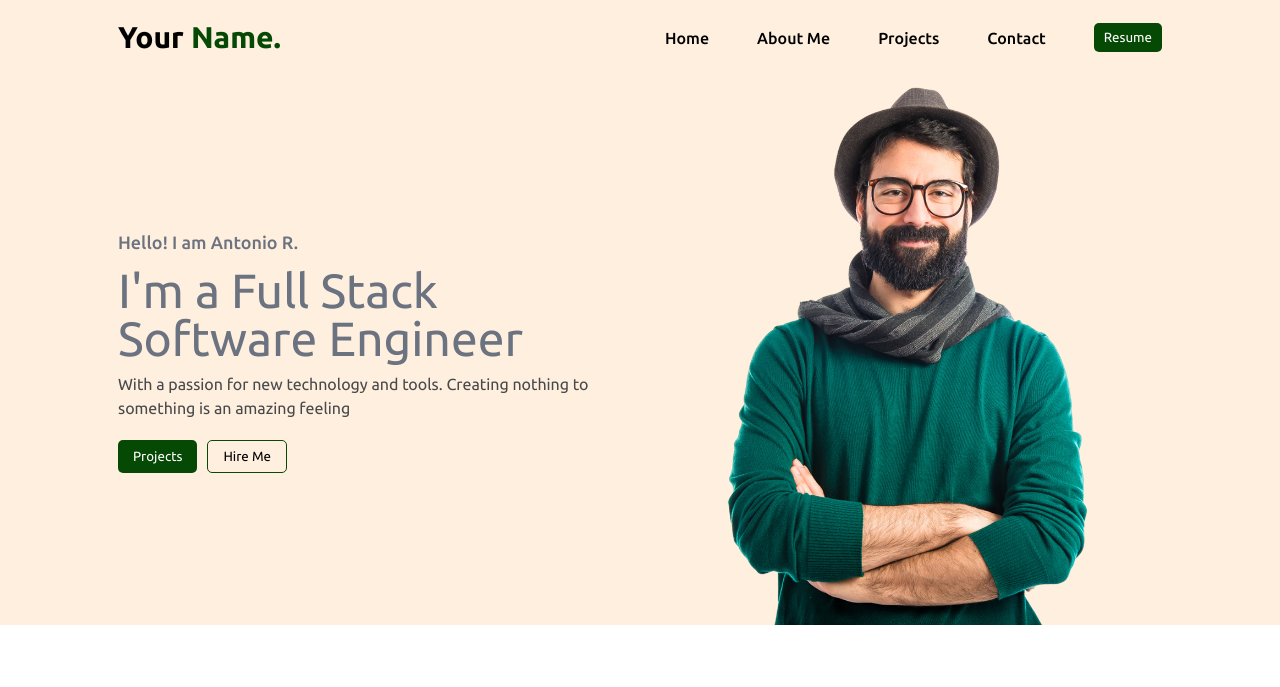
Repository: DevAntonioRogers/vanilla-portfolio
Page: index.html
An editor plug-in stored every save of this project. The page is shown before and after the next save, followed by the edit.
The browser window is 1280 px wide. The pictures show the whole page.

Above is the page before, as saved 2023-07-14 22:27:33.

After the next save:
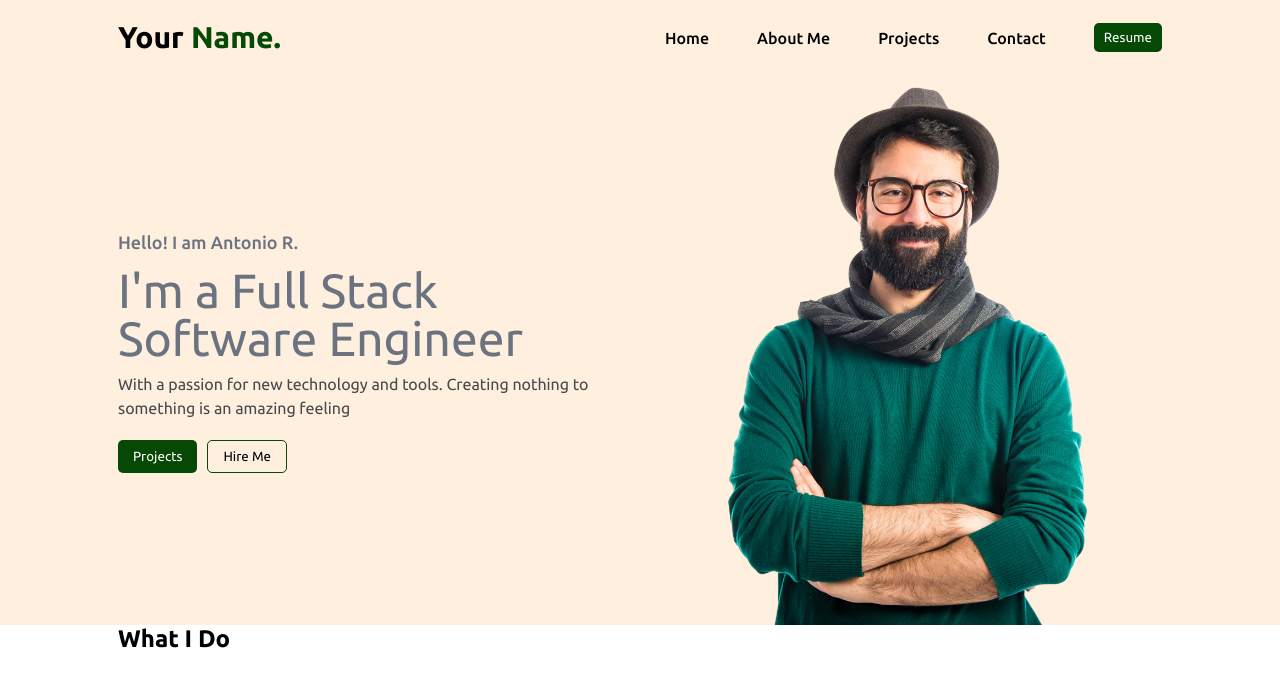
Saved 3 min 20 s later.
--- a/index.html
+++ b/index.html
@@ -55,7 +55,8 @@
 
     <section>
       <div class="container">
-        <h2></h2>
+        <h2>What I Do</h2>
+        <p></p>
       </div>
     </section>
   </body>
